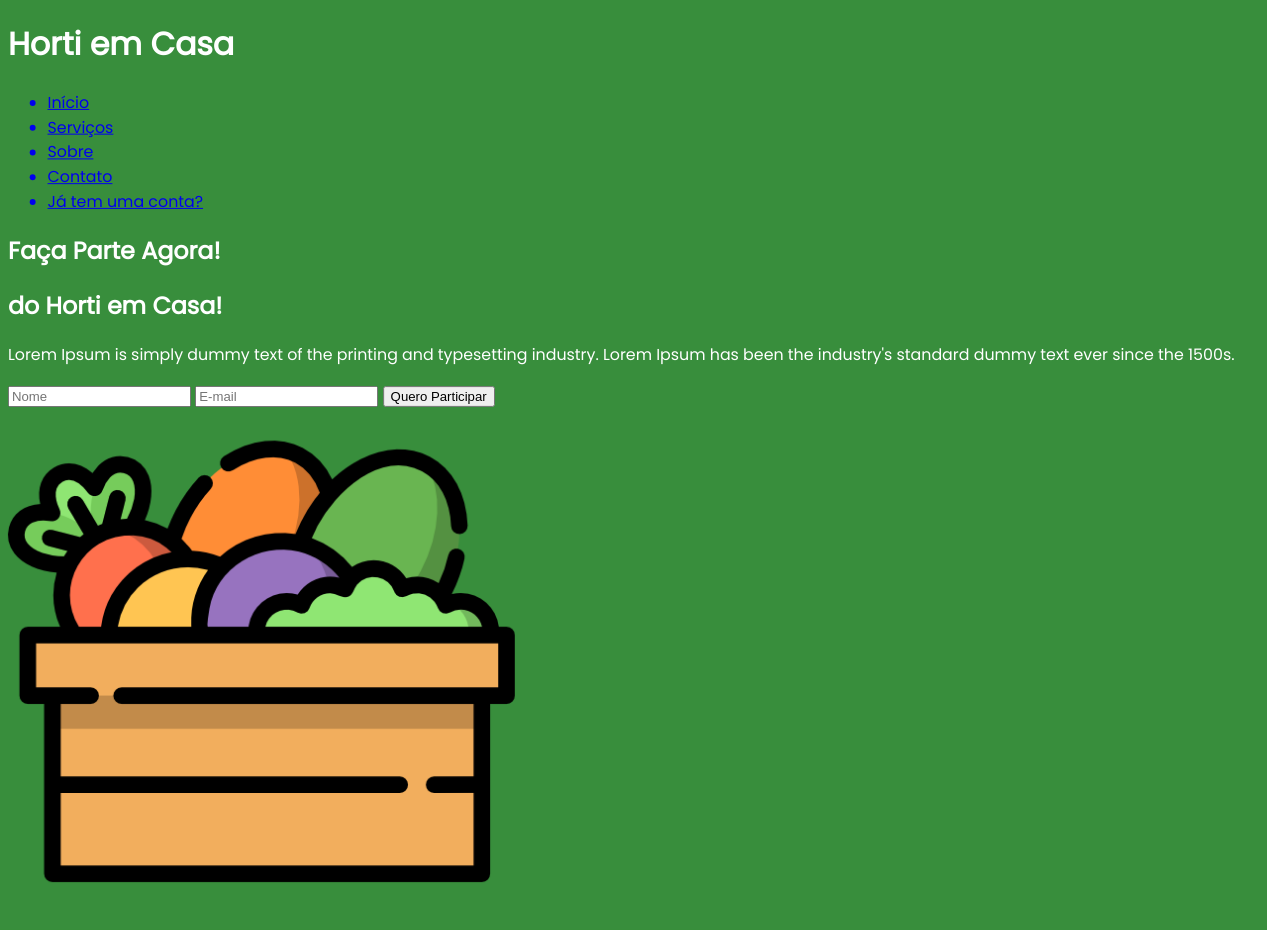
Repository: gabrielcastroo/horti-em-casa
Page: index.html
These files come from the project's save history. The page is drawn as it stood at one moment and after the next save; the edit follows.
The browser window is 1280 px wide. The pictures show the whole page, at 99% of full size.

Above is the page before, as saved 2022-04-13 10:05:41.

### index.html
<!DOCTYPE html>
<html lang="en">
<head>
    <meta charset="UTF-8">
    <meta http-equiv="X-UA-Compatible" content="IE=edge">
    <link href="styles/style.css" rel="stylesheet">
    <link href="styles/fonts.css" rel="stylesheet">
    <title>Horti em Casa</title>
</head>
<body>
    <header>
        <div>
            <h1>
                Horti em Casa
            </h1>
        </div>

        <ul>
            <a href="#"><li>Início</li></a>
            <a href="#"><li>Serviços</li></a>
            <a href="#"><li>Sobre</li></a>
            <a href="#"><li>Contato</li></a>
            <a href="#"><li>Já tem uma conta?</li></a>
        </ul>
    </header>

    <main>
        <aside>
            <h2>
                Faça Parte Agora!
            </h2>
            <h2>
                do Horti em Casa!
            </h2>
            <p>
                Lorem Ipsum is simply dummy text of the printing and typesetting industry. Lorem Ipsum has been the industry's standard dummy text ever since the 1500s.
            </p>
            <form>
                <input type = "text" placeholder = "Nome">
                <input type = "email" placeholder = "E-mail">
                <input type = "submit" value = "Quero Participar">
            </form>
        </aside>

        <article>
            <img src="components/images/legumes.png" alt = "legumes">
        </article>
    </main>

</body>
</html>

### styles/style.css
body{
    /* background-color: rgba(#388E3C); */
    background-color: rgb(56, 142, 60);
    color: white;
    font-family: poppinsregular;
}

### styles/fonts.css
@font-face {
    font-family: 'poppinsblack';
    src: url('../components/fonts/poppins-black-webfont.woff2') format('woff2'),
         url('../components/fonts/poppins-black-webfont.woff') format('woff');
    font-weight: normal;
    font-style: normal;

  }




  @font-face {
    font-family: 'poppinsbold';
    src: url('../components/fonts/poppins-bold-webfont.woff2') format('woff2'),
         url('../components/fonts/poppins-bold-webfont.woff') format('woff');
    font-weight: normal;
    font-style: normal;

  }


  @font-face {
    font-family: 'poppinslight';
    src: url('../components/fonts/poppins-light-webfont.woff2') format('woff2'),
         url('../components/fonts/poppins-light-webfont.woff') format('woff');
    font-weight: normal;
    font-style: normal;

  }


  @font-face {
    font-family: 'poppinsmedium';
    src: url('../components/fonts/poppins-medium-webfont.woff2') format('woff2'),
         url('../components/fonts/poppins-medium-webfont.woff') format('woff');
    font-weight: normal;
    font-style: normal;

  }

  @font-face {
    font-family: 'poppinsregular';
    src: url('../components/fonts/poppins-regular-webfont.woff2') format('woff2'),
         url('../components/fonts/poppins-regular-webfont.woff') format('woff');
    font-weight: normal;
    font-style: normal;

  }

  @font-face {
    font-family: 'poppinssemibold';
    src: url('../components/fonts/poppins-semibold-webfont.woff2') format('woff2'),
         url('../components/fonts/poppins-semibold-webfont.woff') format('woff');
    font-weight: normal;
    font-style: normal;

  }

After the next save:
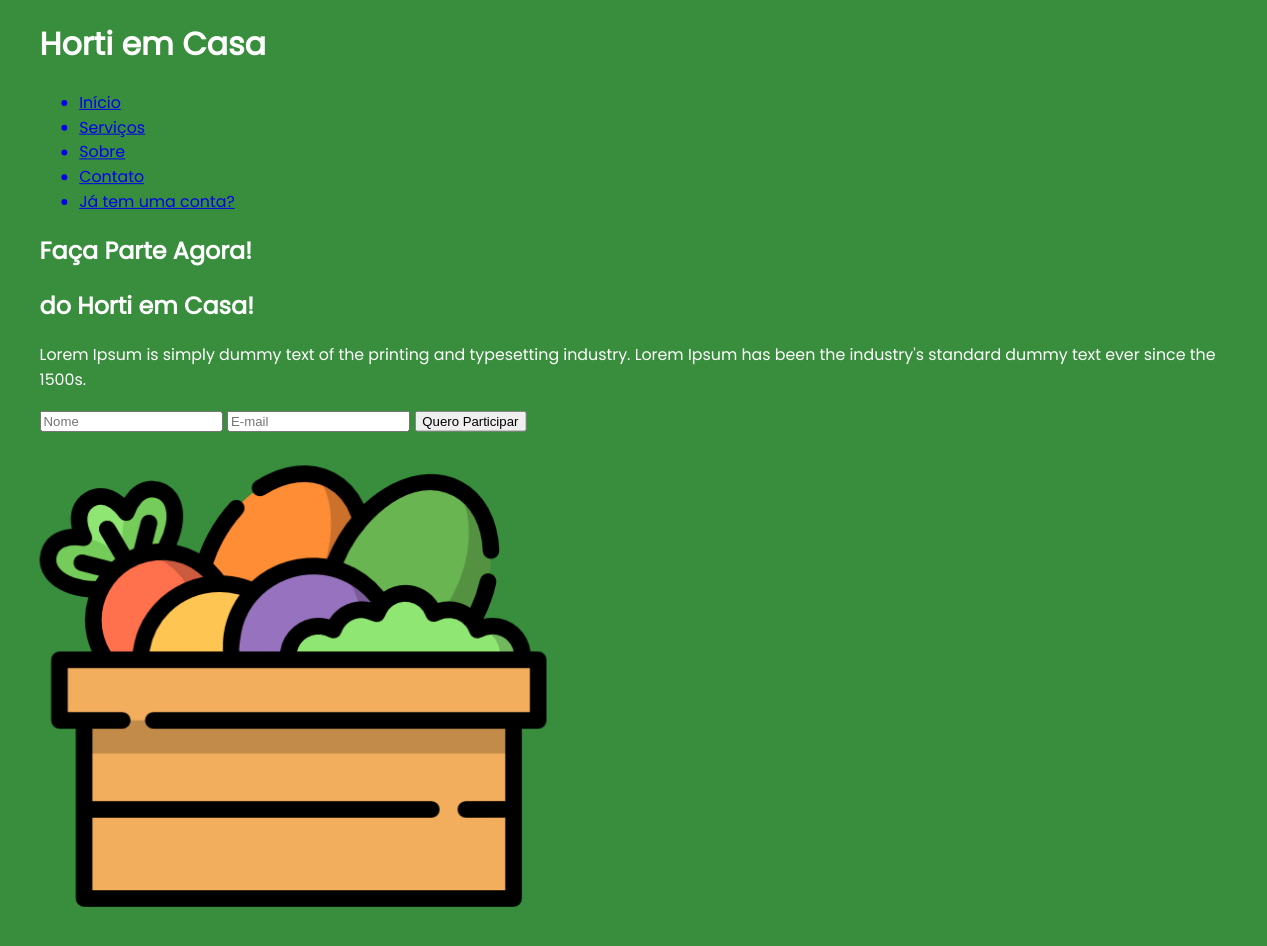
Saved 63 s later.
--- a/styles/style.css
+++ b/styles/style.css
@@ -3,4 +3,6 @@
     background-color: rgb(56, 142, 60);
     color: white;
     font-family: poppinsregular;
+    max-Width: 1200px;
+    margin: 0 auto;
 }
